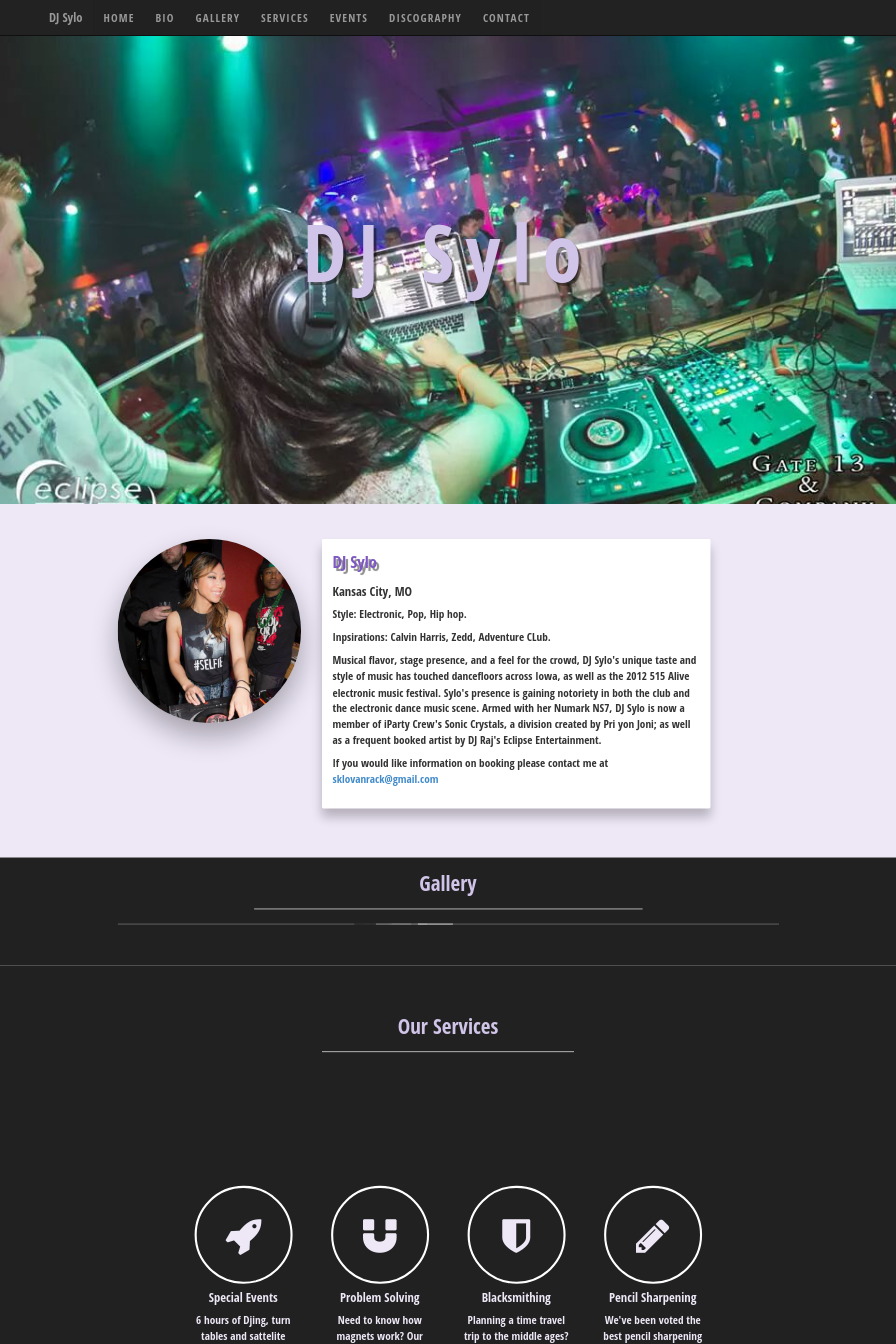
Repository: BambooXLotus/DjSylo
Page: client/index.html
The author's editor kept a record of every edit. The page is drawn from the files as they stood at one moment, then again after the next edit.
The browser window is 1280 px wide. The pictures show the part of the page from y = 0 to 1920 px (the page is 4269 px tall before and 4290 px after), at 70% of full size.
Pictures or frames that could not be fetched are drawn as grey boxes. Some icons come from a web library that is not loaded, so they are not drawn. Backgrounds fixed to the window are drawn as part of the page. Some web libraries are served in a nearby version.

Above is the page before.

After the next edit:
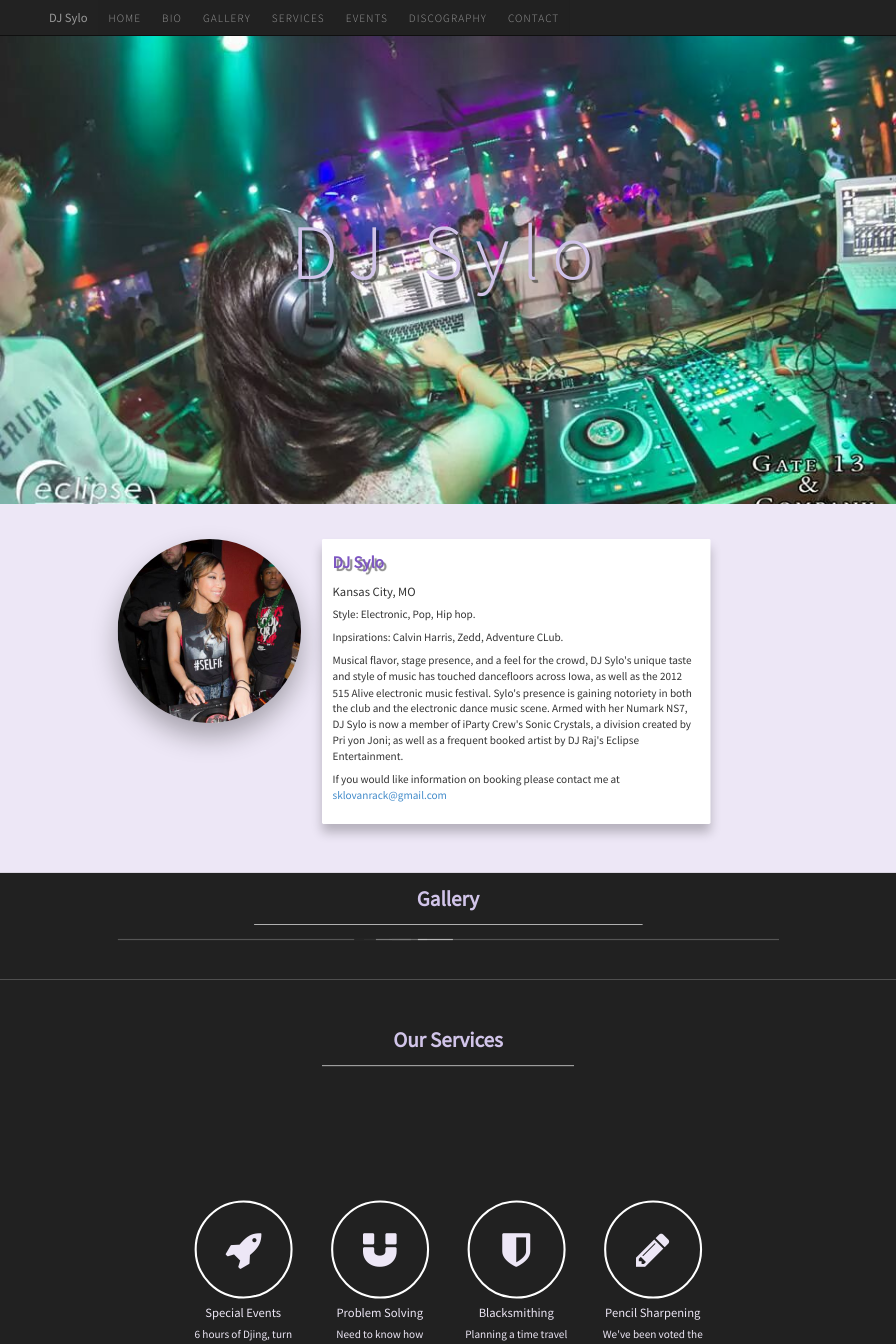
The edit:
--- a/client/css/stylish-portfolio.css
+++ b/client/css/stylish-portfolio.css
@@ -6,7 +6,7 @@
 body {
   height: 100%;
   width: 100%;
-  font-family: 'Open Sans Condensed', sans-serif;
+  font-family: 'Source Sans Pro', sans-serif;
   font-size: 16px;
 }
 h1 {
